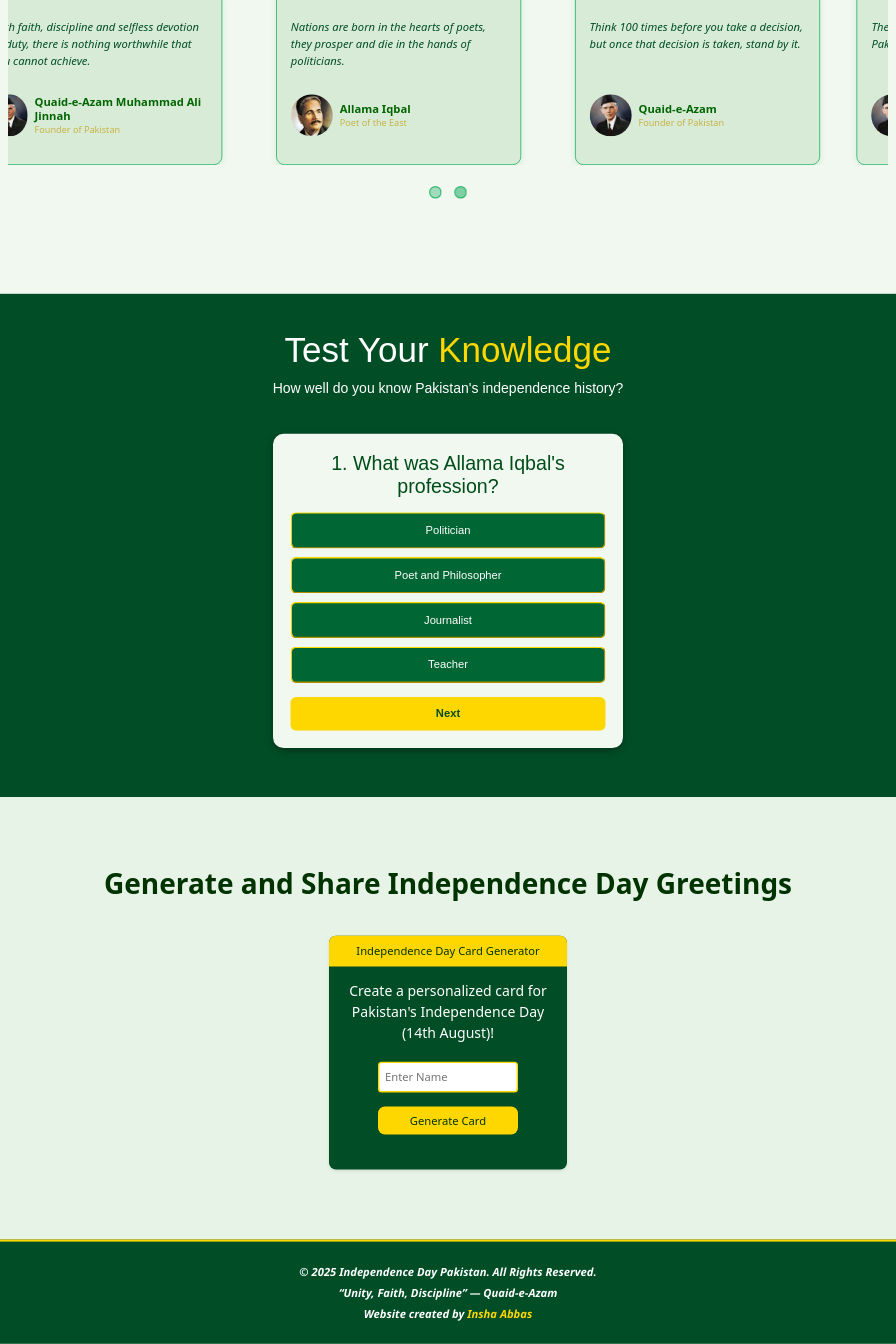
Repository: memonmuhammadali98/Pakistan-Independence-Day
Page: index.html
The author's editor kept a copy of each file at every save. The page is drawn from the files as they stood at one save, then again after a run of saves.
The browser window is 1280 px wide. The pictures show the part of the page from y = 4434 to 6354 px (the page is 6354 px tall), at 70% of full size.

Above is the page before, as saved 2025-08-09 21:09:23.

After the next 2 saves:
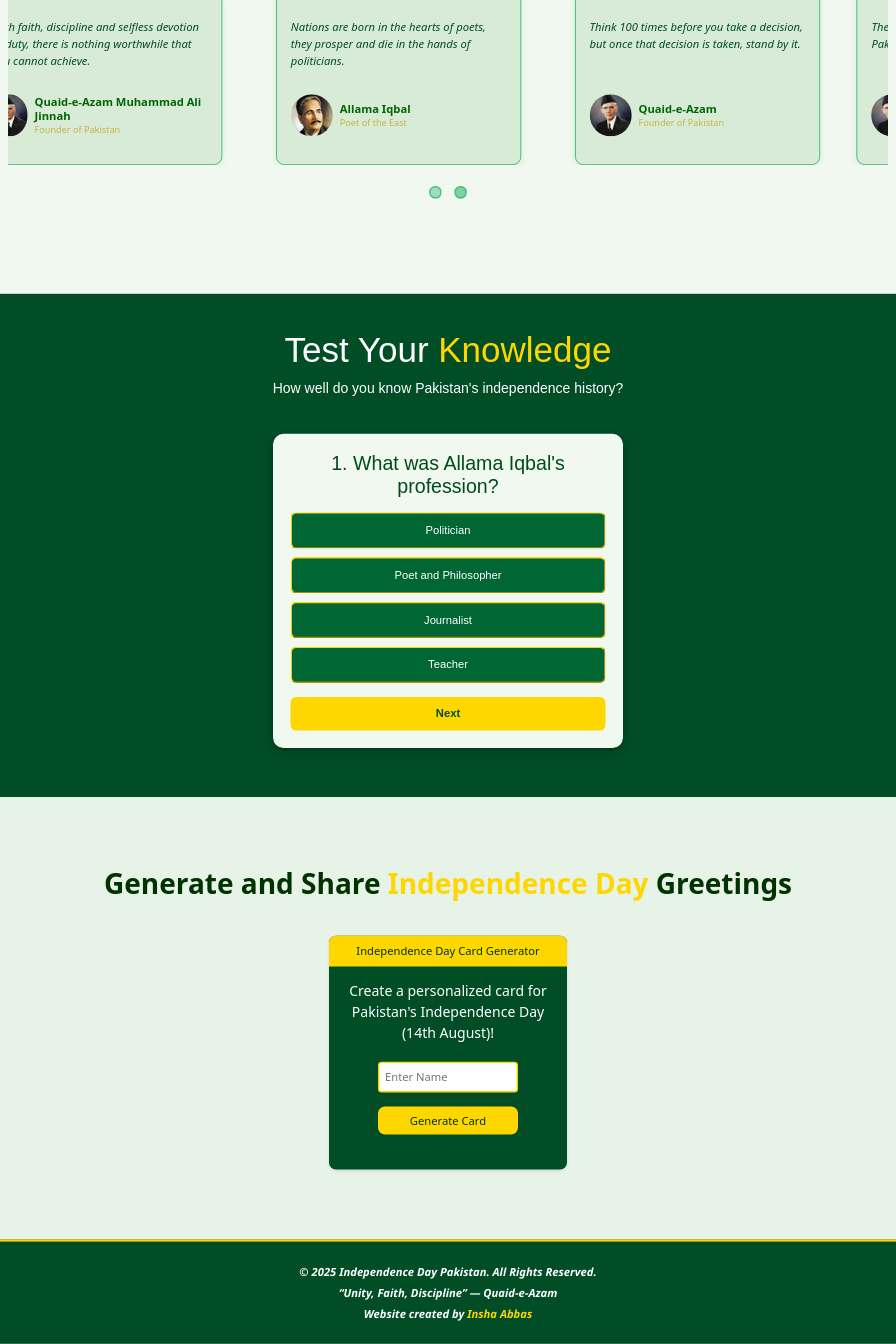
The 2 saves are shown as one change because they came seconds apart.
The last was saved 7 s later.
--- a/index.html
+++ b/index.html
@@ -307,7 +307,7 @@
 
 <!-- Card Section Starts -->
  <section class="card-section">
-  <h2>Generate and Share <span style="color">Independence Day</span> Greetings</h2>
+  <h2>Generate and Share <span style="color: gold;">Independence Day</span> Greetings</h2>
         <div class="generator-section">
             <div class="header">Independence Day Card Generator</div>
             <p>Create a personalized card for Pakistan's Independence Day (14th August)!</p>
